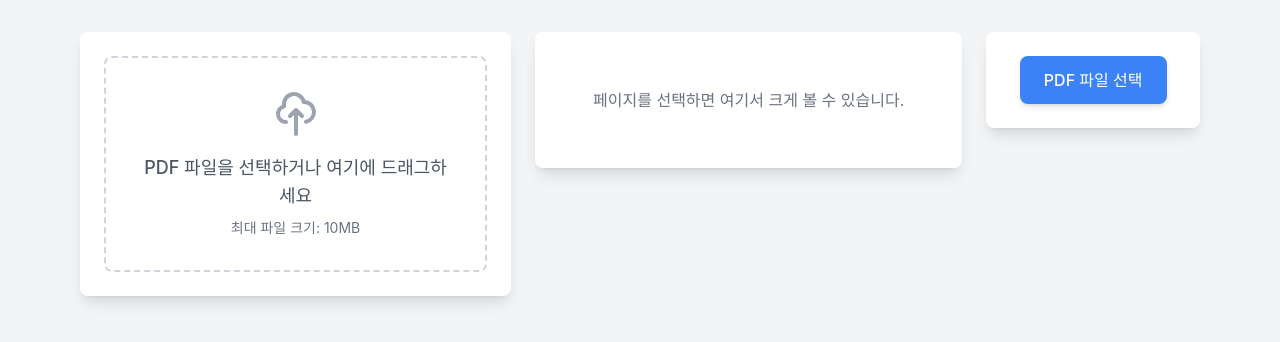
Repository: orcaCrew/PDF-Handler
Page: /
The author's editor kept a copy of each file at every save. The page is drawn from the files as they stood at one save, then again after the next save.
The browser window is 1280 px wide. The pictures show the whole page.
The project was rebuilt for these pictures with package versions that can differ from the ones it lists, and the page was loaded fresh each time.

Above is the page before, as saved 2025-07-18 16:23:08.

After the next save:
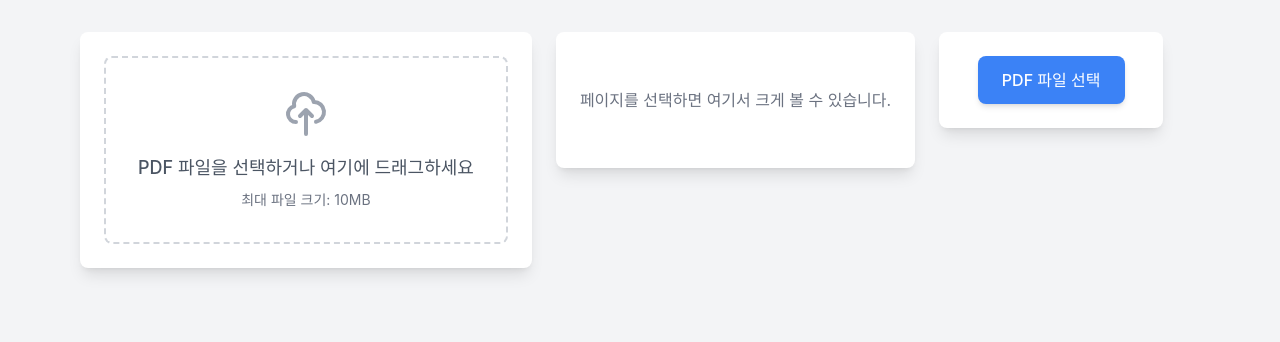
Saved 4 s later.
--- a/src/App.js
+++ b/src/App.js
@@ -208,7 +208,7 @@ function App() {
           </div>
 
           {/* 선택된 페이지 크게 보기 영역 */}
-          <div className="lg:w-2/5">
+          <div className="lg:w-5/10">
             <div className="bg-white rounded-lg shadow-lg p-6">
               {file && pageNumber ? (
                 <div className="space-y-4">
